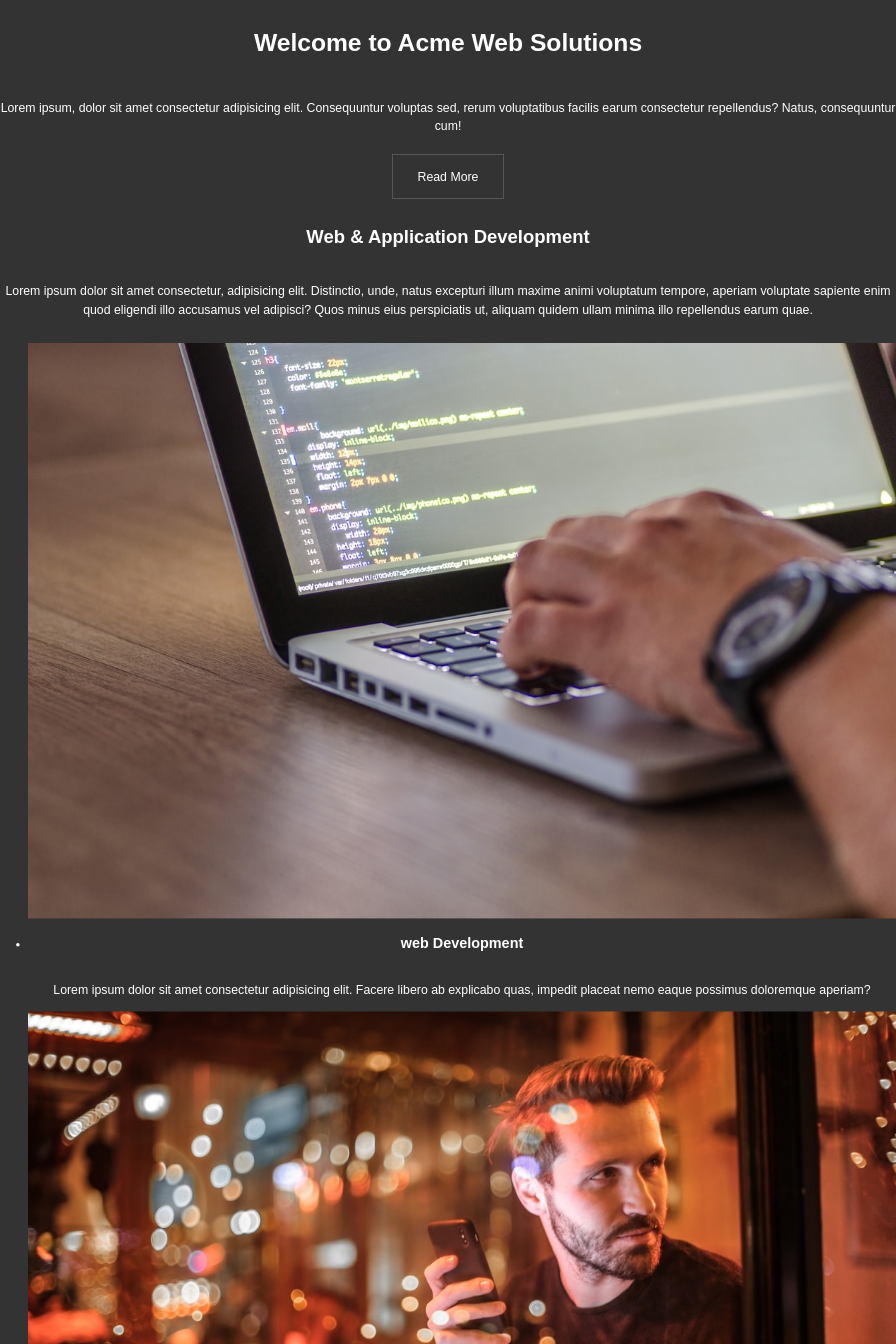
Repository: ErikBaer/MobileFirst
Page: index.html
An editor plug-in stored every save of this project. The page is shown before and after the next save, followed by the edit.
The browser window is 1280 px wide. The pictures show the part of the page from y = 0 to 1920 px (the page is 3981 px tall), at 70% of full size.
The pointer rests on the first visible `.btn`.

Above is the page before, as saved 2020-02-15 02:45:25.

After the next save:
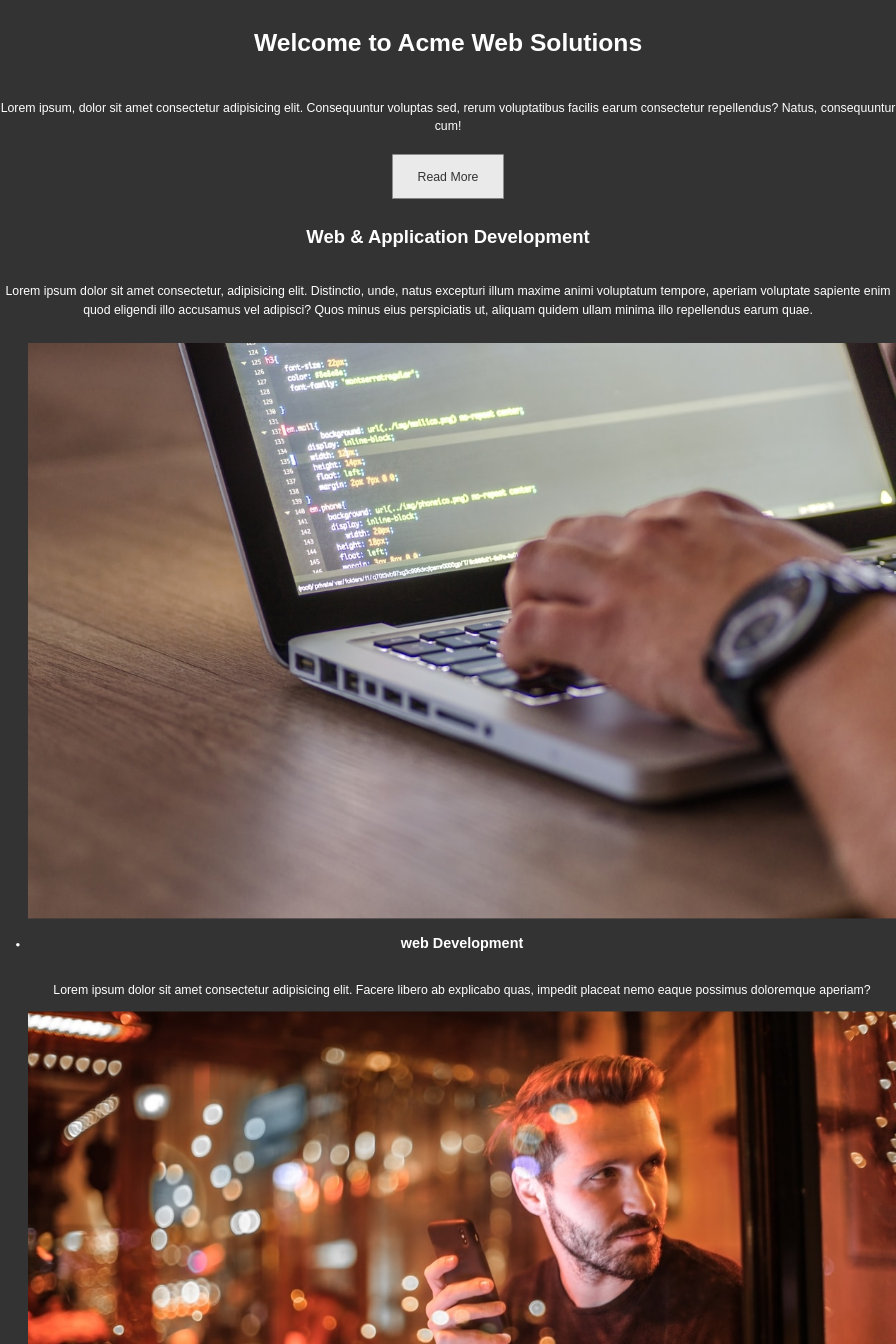
Saved 19 s later.
--- a/style.css
+++ b/style.css
@@ -35,5 +35,6 @@ p {
 }
 
 .btn:hover {
-
+  background: #eaeaea;
+  color: #333;
 }
